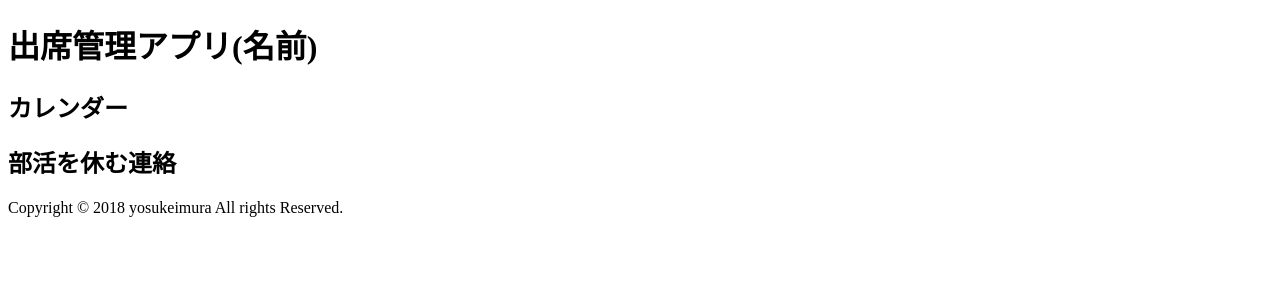
Repository: yousukeimura/attend_app
Page: absent/index.html
The author's editor kept a record of every edit. The page is drawn from the files as they stood at one moment, then again after the next edit.
The browser window is 1280 px wide. The pictures show the whole page.

Above is the page before.
Not found: absent/css/jquery.datetimepicker.css
Not found: absent/js/jquery.datetimepicker.full.min.js
Not found: absent/js/jquery.js

After the next edit:
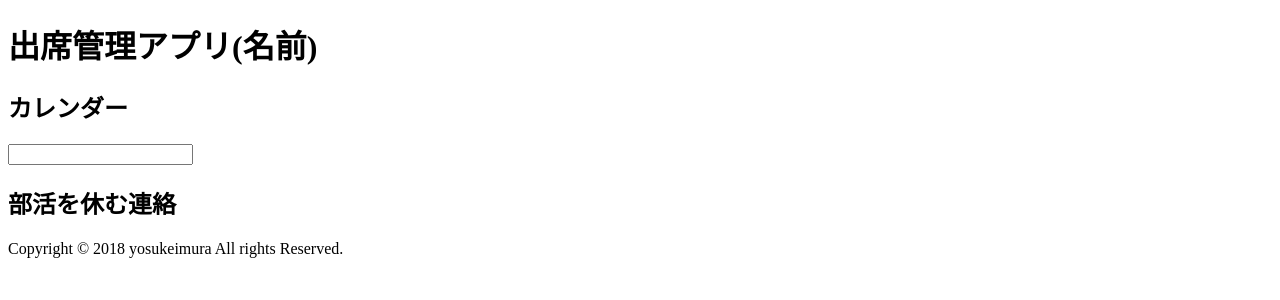
The edit:
--- a/absent/index.html
+++ b/absent/index.html
@@ -12,7 +12,7 @@
   <body>
     <h1>出席管理アプリ(名前)</h1>
     <h2>カレンダー</h2>
-
+    <input type="text" id="datetimepicker"/>
     <h2>部活を休む連絡</h2>
     <footer class="footer">
     	 <div class="container">
